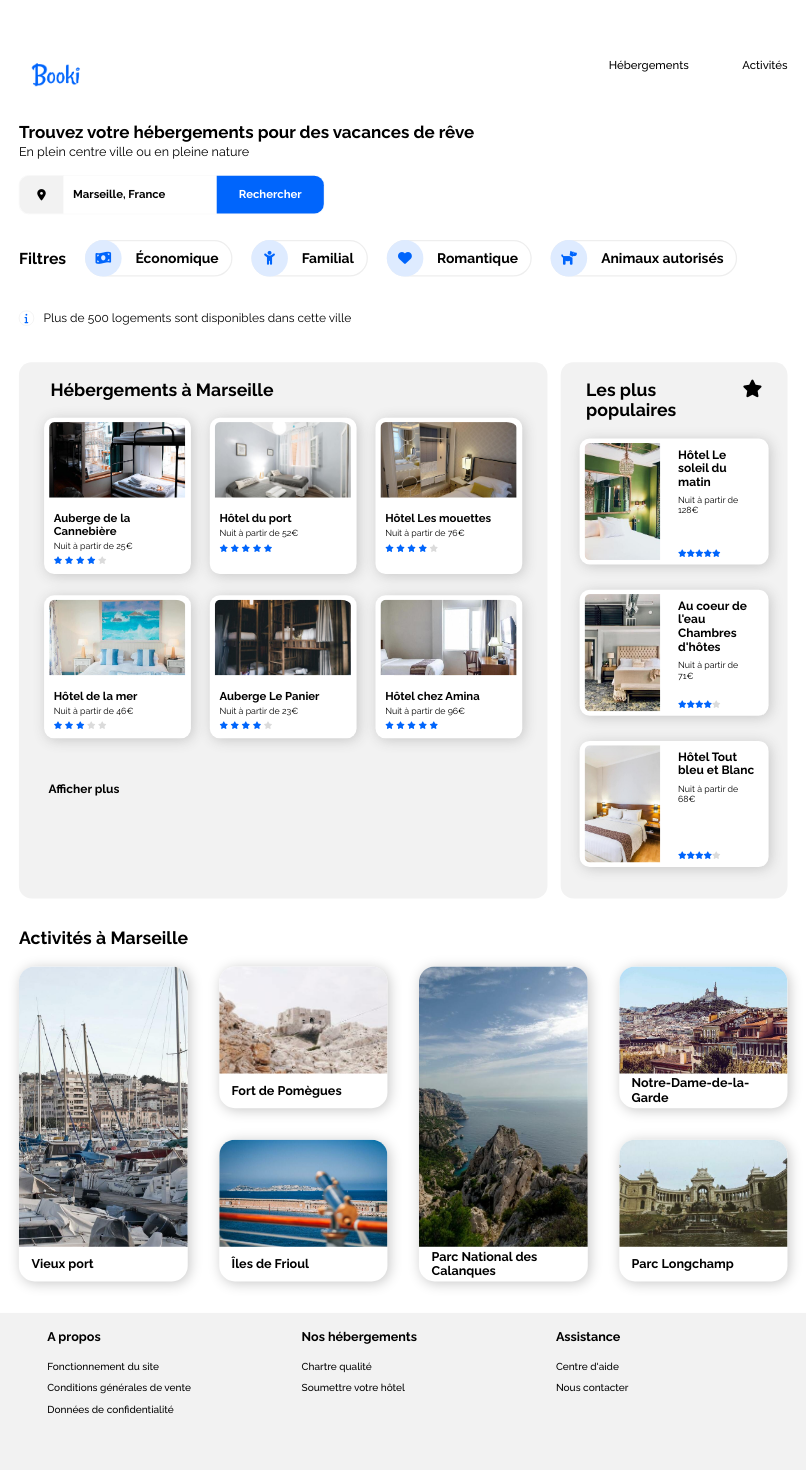
Repository: leandroBarbosaFR/booki
Page: index.html
An editor plug-in stored every save of this project. The page is shown before and after the next save, followed by the edit.
The browser window is 1280 px wide. The pictures show the whole page, at 63% of full size.

Above is the page before, as saved 2022-07-22 09:02:17.

After the next save:
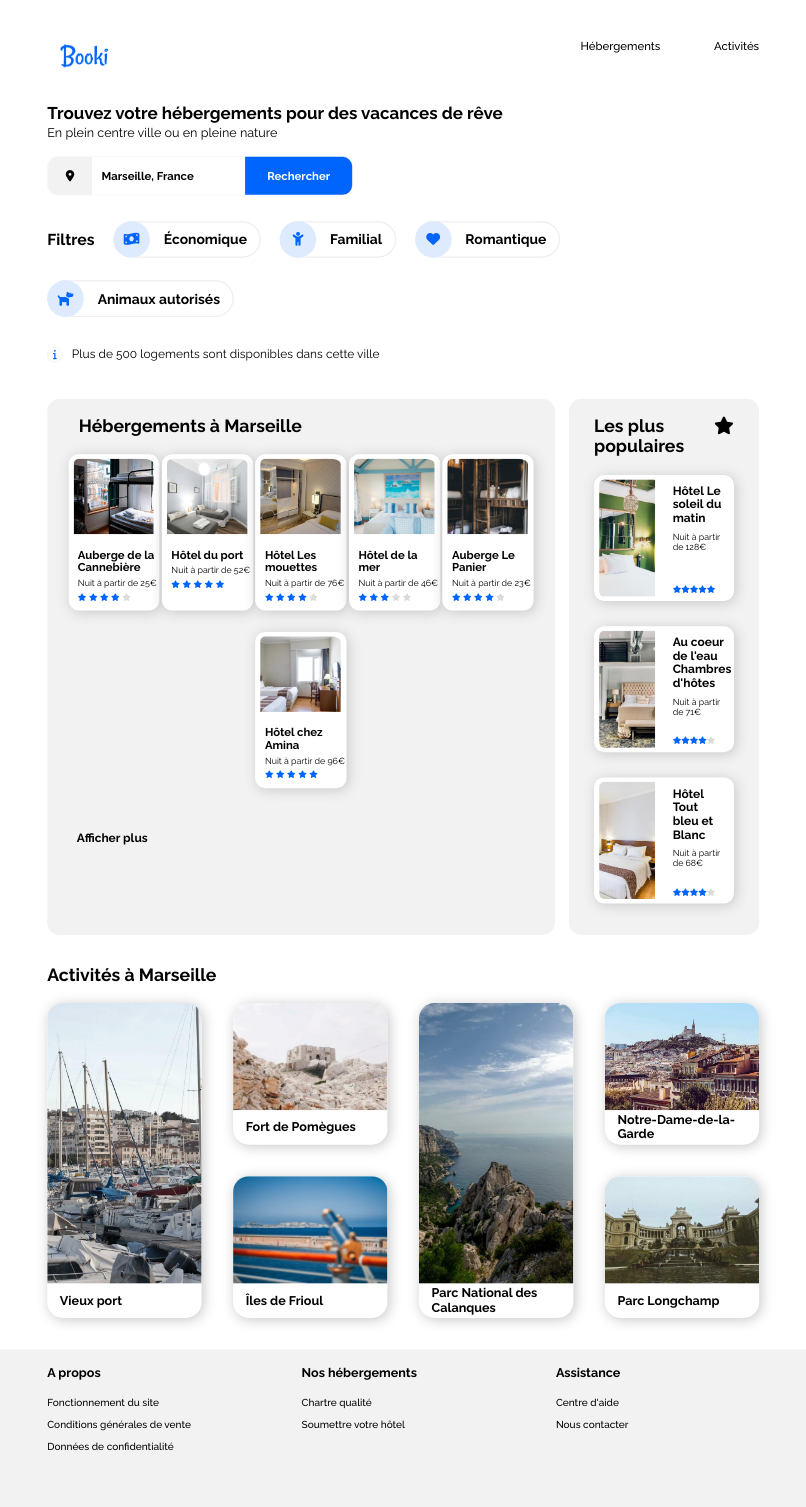
Saved 2 h 25 min later.
--- a/css/style.css
+++ b/css/style.css
@@ -559,7 +559,7 @@
   }
 }
 
-@media screen and (min-width: 992px) and (max-width: 1472px) {
+/* @media screen and (min-width: 992px) and (max-width: 1472px) {
   .body {
       margin: 30px;
   }
@@ -582,4 +582,4 @@
   .columndeux {
       padding: 0 30px;
   }
-}
+} */
